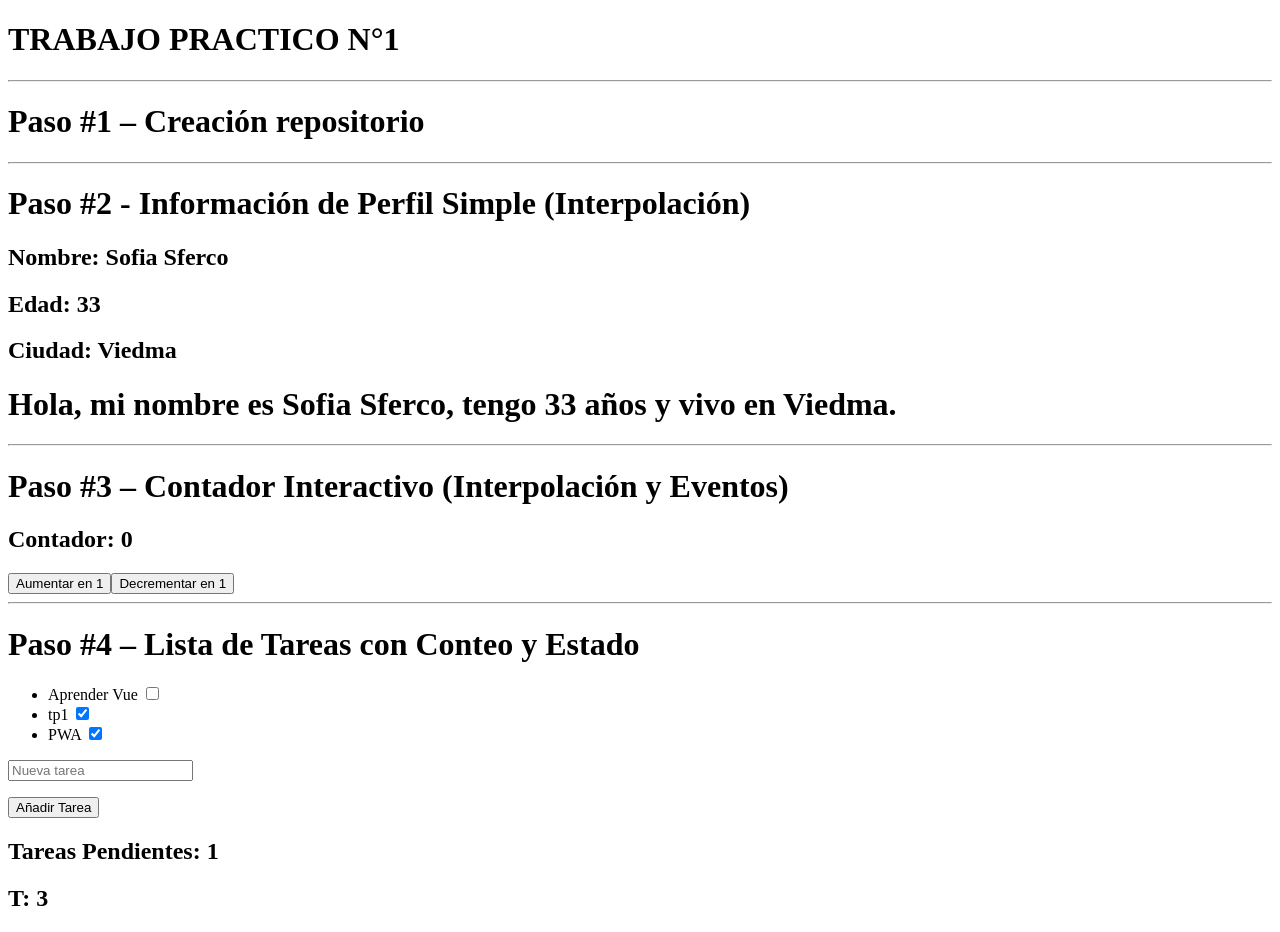
Repository: SofiaSferco/PWA-2026
Page: practico01/index.html
The author's editor kept a copy of each file at every save. The page is drawn from the files as they stood at one save, then again after a run of saves.
The browser window is 1280 px wide. The pictures show the whole page.

Above is the page before, as saved 2026-09-10 02:08:55.

After the next 4 saves:
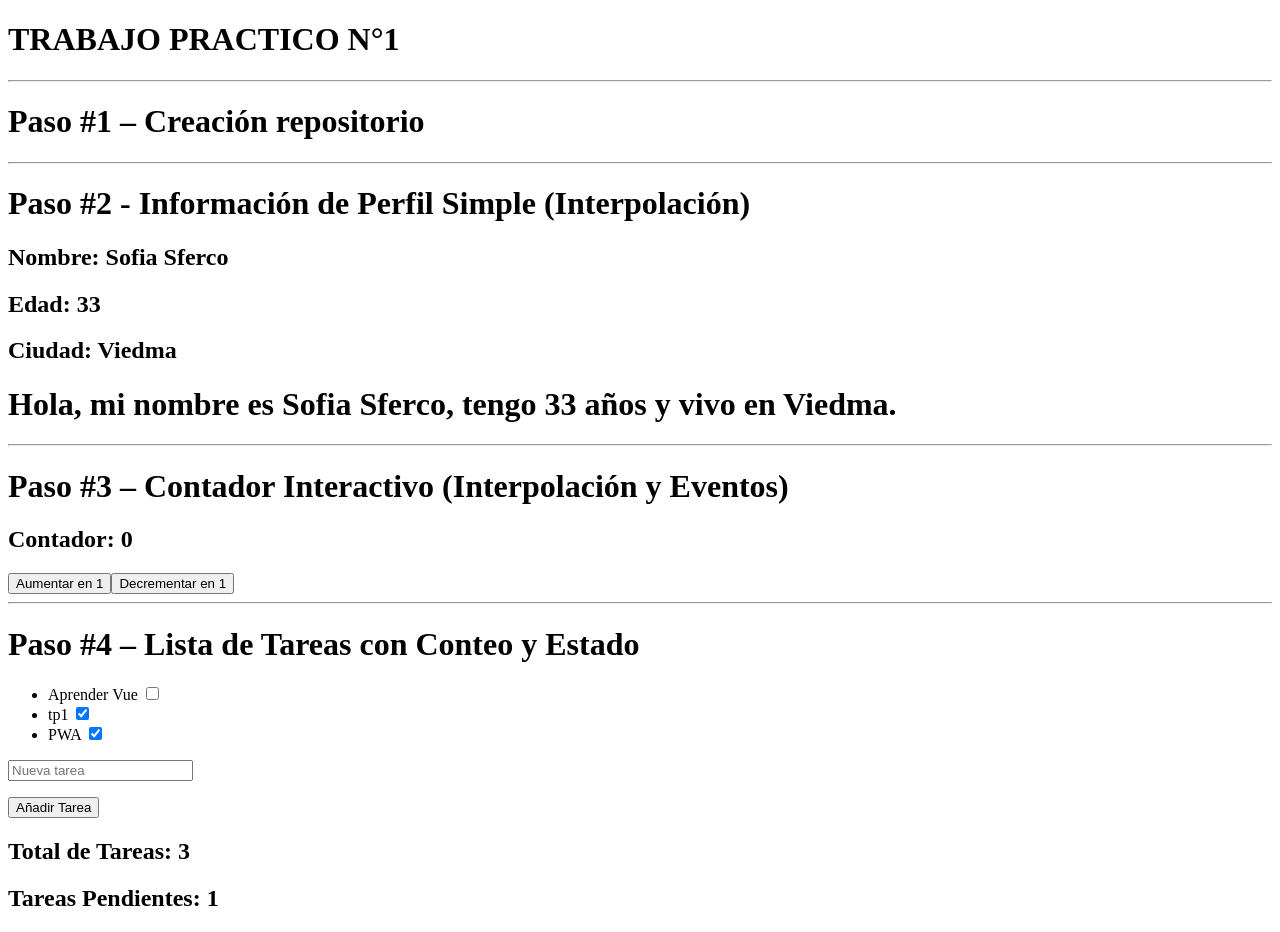
The 4 saves are shown as one change because they came seconds apart.
The last was saved 11 s later.
--- a/practico01/index.html
+++ b/practico01/index.html
@@ -33,8 +33,9 @@
             <input type="text" v-model="nuevaTarea" placeholder="Nueva tarea">
         </p>
         <button @click="agregarTarea">Añadir Tarea</button>
+        <h2>Total de Tareas: {{totalTareas}}</h2>
         <h2>Tareas Pendientes: {{tareasPendientes.length}}</h2>
-        <h2>T: {{totalTareas}}</h2>
+
     </div>
     <script>
        var app= new Vue({
